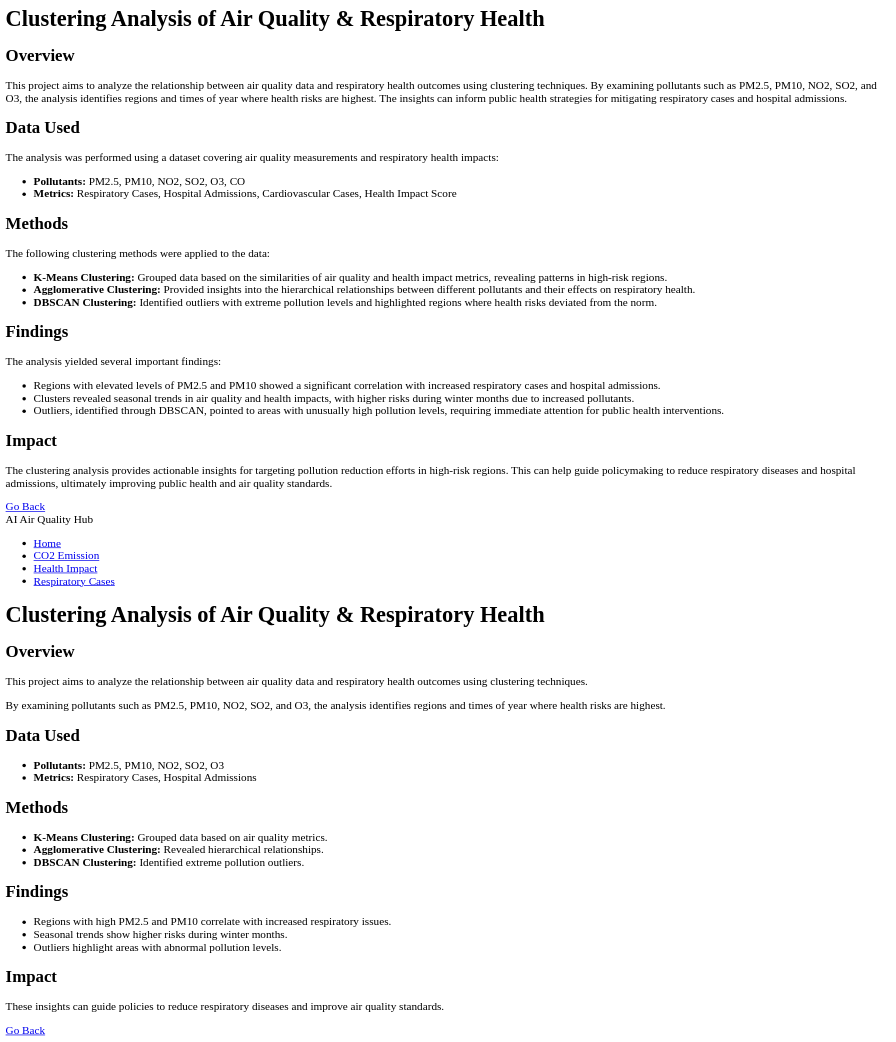
Repository: aminemnif/air-quality
Page: respiratory_cases/templates/clustering.html
An editor plug-in stored every save of this project. The page is shown before and after the next save, followed by the edit.
The browser window is 1280 px wide. The pictures show the part of the page from y = 0 to 1920 px (the page is 1489 px tall before and 2645 px after), at 70% of full size.
The template is drawn by Django 5.2. The application's start-up code is not run. Other server files are loaded and not shown. The template is opened directly, without the code that normally fills it, so the values that code supplies are empty.

Above is the page before, as saved 2025-01-11 21:16:24.

### respiratory_cases/templates/clustering.html

<body>

    <div class="container">
        <h1>Clustering Analysis of Air Quality & Respiratory Health</h1>

        <div class="section">
            <h2>Overview</h2>
            <p>
                This project aims to analyze the relationship between air quality data and respiratory health outcomes using clustering techniques.
                By examining pollutants such as PM2.5, PM10, NO2, SO2, and O3, the analysis identifies regions and times of year where health risks are highest.
                The insights can inform public health strategies for mitigating respiratory cases and hospital admissions.
            </p>
        </div>

        <div class="section">
            <h2>Data Used</h2>
            <p>The analysis was performed using a dataset covering air quality measurements and respiratory health impacts:</p>
            <ul>
                <li><strong>Pollutants:</strong> PM2.5, PM10, NO2, SO2, O3, CO</li>
                <li><strong>Metrics:</strong> Respiratory Cases, Hospital Admissions, Cardiovascular Cases, Health Impact Score</li>
            </ul>
        </div>

        <div class="section">
            <h2>Methods</h2>
            <p>The following clustering methods were applied to the data:</p>
            <ul>
                <li><strong>K-Means Clustering:</strong> Grouped data based on the similarities of air quality and health impact metrics, revealing patterns in high-risk regions.</li>
                <li><strong>Agglomerative Clustering:</strong> Provided insights into the hierarchical relationships between different pollutants and their effects on respiratory health.</li>
                <li><strong>DBSCAN Clustering:</strong> Identified outliers with extreme pollution levels and highlighted regions where health risks deviated from the norm.</li>
            </ul>
        </div>

        <div class="section">
            <h2>Findings</h2>
            <p>The analysis yielded several important findings:</p>
            <ul>
                <li>Regions with elevated levels of PM2.5 and PM10 showed a significant correlation with increased respiratory cases and hospital admissions.</li>
                <li>Clusters revealed seasonal trends in air quality and health impacts, with higher risks during winter months due to increased pollutants.</li>
                <li>Outliers, identified through DBSCAN, pointed to areas with unusually high pollution levels, requiring immediate attention for public health interventions.</li>
            </ul>
        </div>

        <div class="section">
            <h2>Impact</h2>
            <p>
                The clustering analysis provides actionable insights for targeting pollution reduction efforts in high-risk regions.
                This can help guide policymaking to reduce respiratory diseases and hospital admissions, ultimately improving public health and air quality standards.
            </p>
        </div>

        <div class="button-container">
            <a href="{% url 'home' %}" class="back-button">Go Back</a>
        </div>
    </div>

</body>
</html>



<body>
    <nav>
        <div class="logo">AI Air Quality Hub</div>
        <ul>
            <li><a href="/">Home</a></li>
            <li><a href="#">CO2 Emission</a></li>
            <li><a href="#">Health Impact</a></li>
            <li><a href="#">Respiratory Cases</a></li>
        </ul>
    </nav>

    <div class="container">
        <h1>Clustering Analysis of Air Quality & Respiratory Health</h1>

        <div class="section">
            <h2>Overview</h2>
            <p>This project aims to analyze the relationship between air quality data and respiratory health outcomes using clustering techniques.</p>
            <p>By examining pollutants such as PM2.5, PM10, NO2, SO2, and O3, the analysis identifies regions and times of year where health risks are highest.</p>
        </div>

        <div class="section">
            <h2>Data Used</h2>
            <ul>
                <li><strong>Pollutants:</strong> PM2.5, PM10, NO2, SO2, O3</li>
                <li><strong>Metrics:</strong> Respiratory Cases, Hospital Admissions</li>
            </ul>
        </div>

        <div class="section">
            <h2>Methods</h2>
            <ul>
                <li><strong>K-Means Clustering:</strong> Grouped data based on air quality metrics.</li>
                <li><strong>Agglomerative Clustering:</strong> Revealed hierarchical relationships.</li>
                <li><strong>DBSCAN Clustering:</strong> Identified extreme pollution outliers.</li>
            </ul>
        </div>

        <div class="section">
            <h2>Findings</h2>
            <ul>
                <li>Regions with high PM2.5 and PM10 correlate with increased respiratory issues.</li>
                <li>Seasonal trends show higher risks during winter months.</li>
                <li>Outliers highlight areas with abnormal pollution levels.</li>
            </ul>
        </div>

        <div class="section">
            <h2>Impact</h2>
            <p>These insights can guide policies to reduce respiratory diseases and improve air quality standards.</p>
        </div>

        <div class="button-container">
            <a href="{% url 'home' %}" class="back-button">Go Back</a>
        </div>
    </div>
</body>
</html>

After the next save:
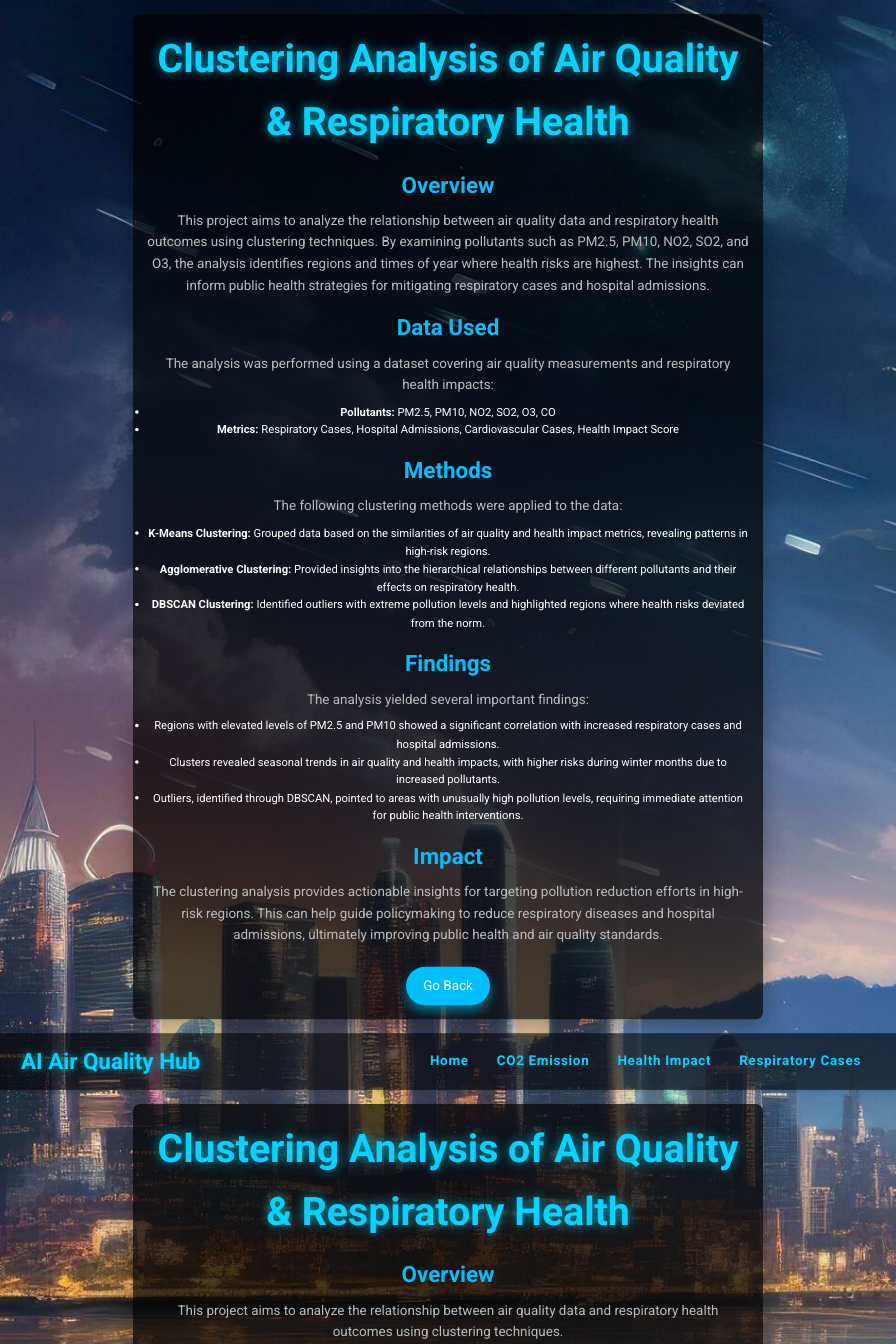
Saved 7 s later.
--- a/respiratory_cases/templates/clustering.html
+++ b/respiratory_cases/templates/clustering.html
@@ -59,7 +59,130 @@
 </html>
 
 
-
+{% load static %}
+
+<!DOCTYPE html>
+<html lang="en">
+<head>
+    <meta charset="UTF-8">
+    <meta name="viewport" content="width=device-width, initial-scale=1.0">
+    <title>Clustering Analysis of Air Quality & Respiratory Health</title>
+
+    <!-- Fonts and Icons -->
+    <link href="https://fonts.googleapis.com/css2?family=Roboto:wght@400;700&display=swap" rel="stylesheet">
+    <link rel="stylesheet" href="https://cdnjs.cloudflare.com/ajax/libs/font-awesome/6.0.0-beta3/css/all.min.css">
+
+    <style>
+        /* General Reset */
+        * {
+            margin: 0;
+            padding: 0;
+            box-sizing: border-box;
+        }
+
+        body {
+            font-family: 'Roboto', sans-serif;
+            background: url("{% static 'futuristic-cityscapes-with-neon-lights-and-cyberpunk-vibes-free-photo.jpg' %}") no-repeat center center;
+            background-size: cover;
+            color: #333;
+            line-height: 1.6;
+        }
+
+        /* Navigation Bar */
+        nav {
+            position: sticky;
+            top: 0;
+            background: rgba(0, 0, 0, 0.6);
+            display: flex;
+            justify-content: space-between;
+            align-items: center;
+            padding: 15px 30px;
+            z-index: 1000;
+            box-shadow: 0 4px 8px rgba(0, 0, 0, 0.1);
+        }
+
+        nav .logo {
+            font-size: 2em;
+            font-weight: bold;
+            color: #00d4ff;
+            text-shadow: 0 0 10px rgba(0, 212, 255, 0.7);
+        }
+
+        nav ul {
+            list-style: none;
+            display: flex;
+        }
+
+        nav ul li {
+            margin: 0 20px;
+        }
+
+        nav ul li a {
+            text-decoration: none;
+            color: #00d4ff;
+            font-size: 1.2em;
+            font-weight: 600;
+            letter-spacing: 1px;
+            transition: color 0.3s ease;
+        }
+
+        nav ul li a:hover {
+            color: #00a0cc;
+        }
+
+        /* Container and Section Styling */
+        .container {
+            max-width: 900px;
+            margin: 20px auto;
+            padding: 20px;
+            background: rgba(0, 0, 0, 0.7);
+            color: #fff;
+            border-radius: 10px;
+            box-shadow: 0 10px 30px rgba(0, 0, 0, 0.3);
+            text-align: center;
+        }
+
+        .container h1 {
+            font-size: 3.5em;
+            color: #00d4ff;
+            text-shadow: 0 0 15px rgba(0, 212, 255, 0.7);
+            margin-bottom: 20px;
+        }
+
+        h2 {
+            color: #00bfff;
+            font-size: 2em;
+            margin-top: 20px;
+        }
+
+        p {
+            color: #bbb;
+            font-size: 1.2em;
+            margin: 10px 0;
+        }
+
+        .button-container {
+            margin-top: 30px;
+        }
+
+        .back-button {
+            display: inline-block;
+            padding: 12px 25px;
+            font-size: 1.2em;
+            color: #fff;
+            background: #00bfff;
+            text-decoration: none;
+            border-radius: 50px;
+            box-shadow: 0 8px 15px rgba(0, 212, 255, 0.5);
+            transition: all 0.3s ease;
+        }
+
+        .back-button:hover {
+            background: #0097b8;
+            box-shadow: 0 10px 25px rgba(0, 151, 184, 0.4);
+        }
+    </style>
+</head>
 <body>
     <nav>
         <div class="logo">AI Air Quality Hub</div>
